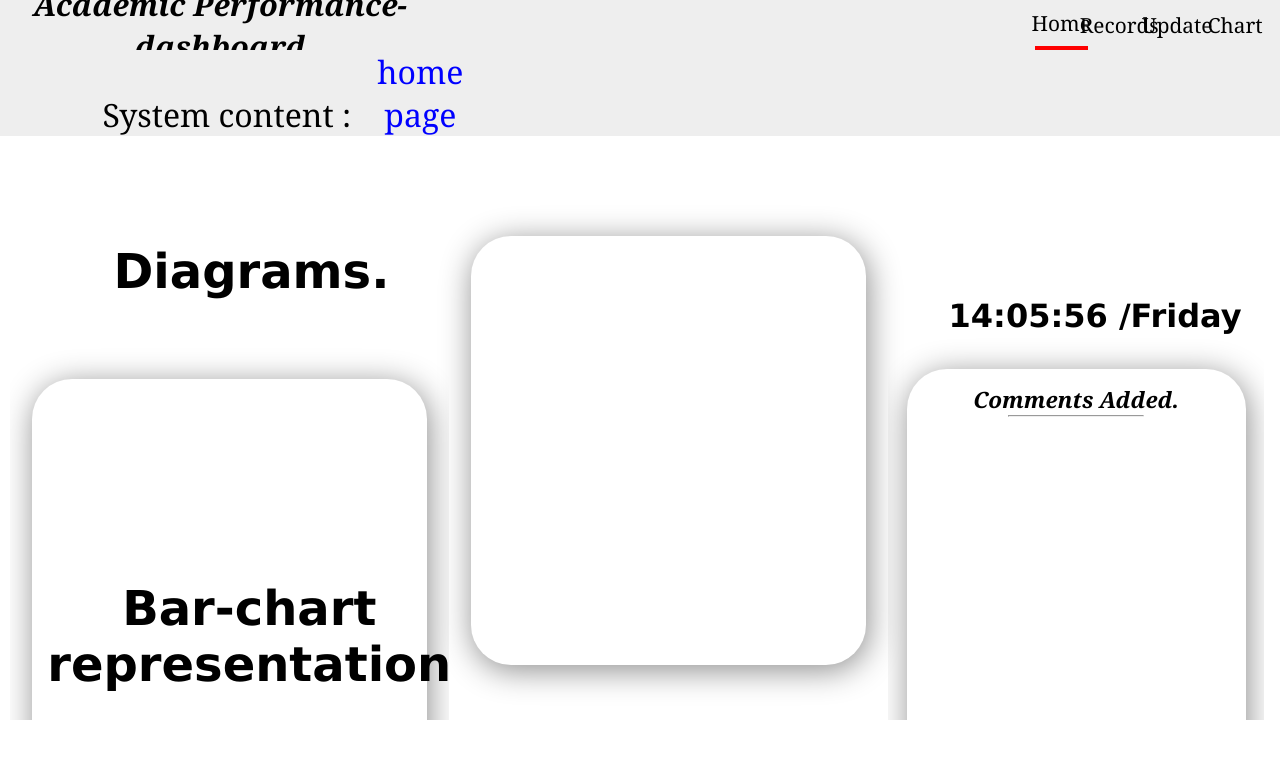
Repository: 3x3cu7er/Shax_001
Page: http://localhost/xmain/
The author's editor kept a copy of each file at every save. The page is drawn from the files as they stood at one save, then again after the next save.
The browser window is 1280 px wide. The pictures show the whole page.
An inner scrolling area shows only its first screen. The page is served by the project's application, run on Django 4.2 (manage.py).

Above is the page before, as saved 2024-01-19 18:09:12.
Console error (its wording comes from the project's code and is left out).

After the next save:
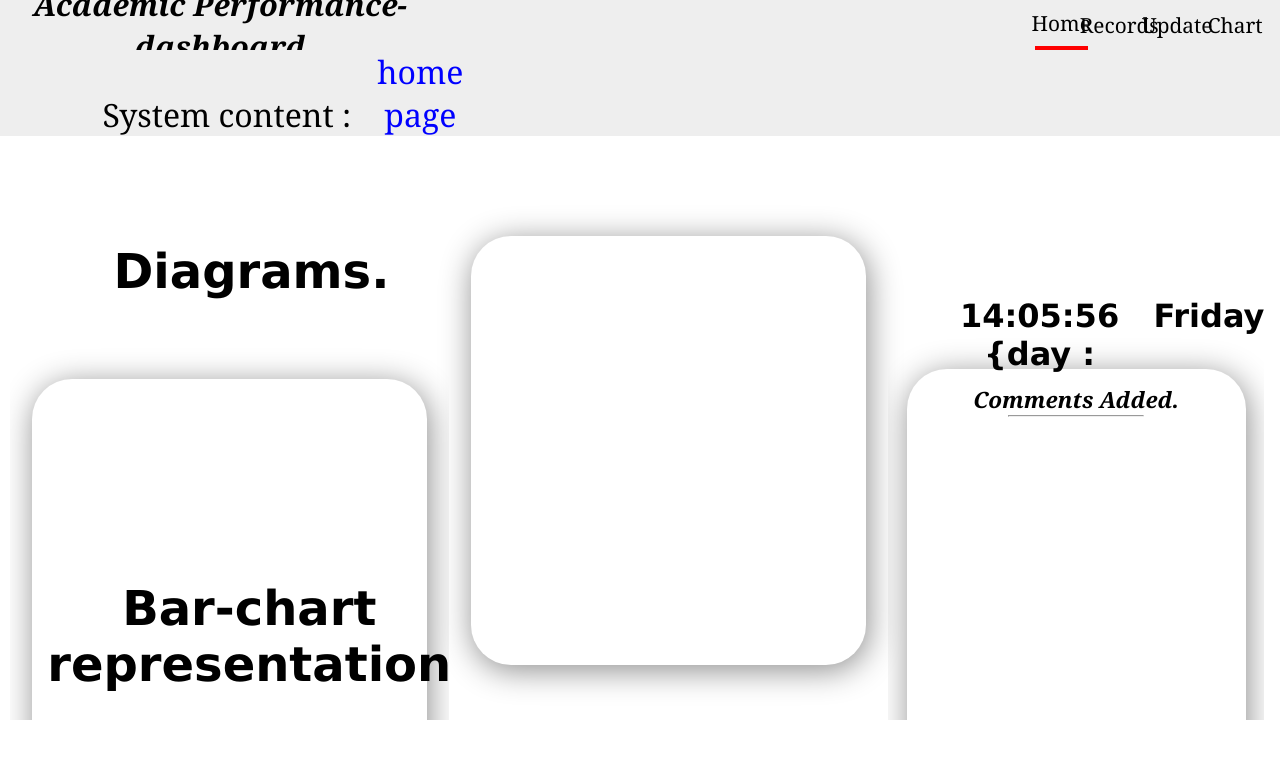
Saved 44 s later.
--- a/_3x3c47er_Sino_sys/template/xmain.html
+++ b/_3x3c47er_Sino_sys/template/xmain.html
@@ -77,9 +77,9 @@
                   class="sec"
                   >00</span
                 >
-                /
+                {day :
               </h4>
-              <h4 class="dy">day</h4>
+              <h4 class="dy">day }</h4>
             </div>
             <div class="data" id="comments">
               <h4>Comments Added.</h4>
